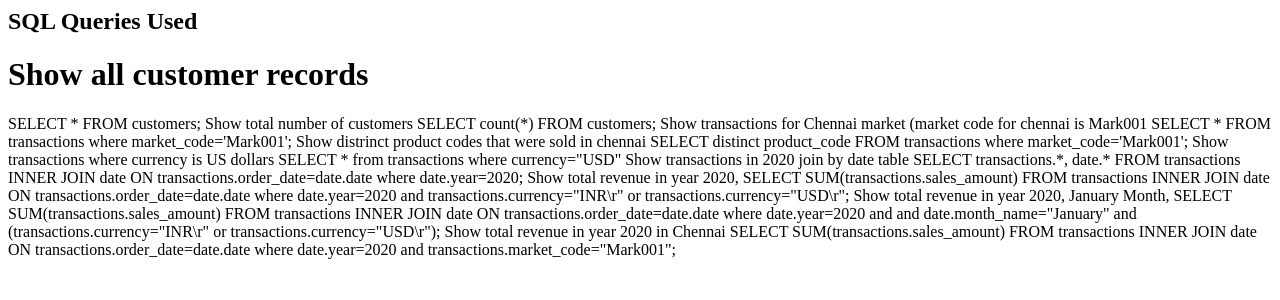
Repository: IslamInjila/new_portfolio
Page: images/salesInsight_bi.html
These files come from the project's save history. The page is drawn as it stood at one moment and after the next save; the edit follows.
The browser window is 1280 px wide. The pictures show the whole page.

Above is the page before, as saved 2021-06-02 15:37:56.

### images/salesInsight_bi.html
<html>

<body>

<h2>SQL Queries Used</h2>


<h1>Show all customer records</h1>

SELECT * FROM customers;

Show total number of customers

SELECT count(*) FROM customers;

Show transactions for Chennai market (market code for chennai is Mark001

SELECT * FROM transactions where market_code='Mark001';

Show distrinct product codes that were sold in chennai

SELECT distinct product_code FROM transactions where market_code='Mark001';

Show transactions where currency is US dollars

SELECT * from transactions where currency="USD"

Show transactions in 2020 join by date table

SELECT transactions.*, date.* FROM transactions INNER JOIN date ON transactions.order_date=date.date where date.year=2020;

Show total revenue in year 2020,

SELECT SUM(transactions.sales_amount) FROM transactions INNER JOIN date ON transactions.order_date=date.date where date.year=2020 and transactions.currency="INR\r" or transactions.currency="USD\r";

Show total revenue in year 2020, January Month,

SELECT SUM(transactions.sales_amount) FROM transactions INNER JOIN date ON transactions.order_date=date.date where date.year=2020 and and date.month_name="January" and (transactions.currency="INR\r" or transactions.currency="USD\r");

Show total revenue in year 2020 in Chennai

SELECT SUM(transactions.sales_amount) FROM transactions INNER JOIN date ON transactions.order_date=date.date where date.year=2020 and transactions.market_code="Mark001";
</body>








</html>

After the next save:
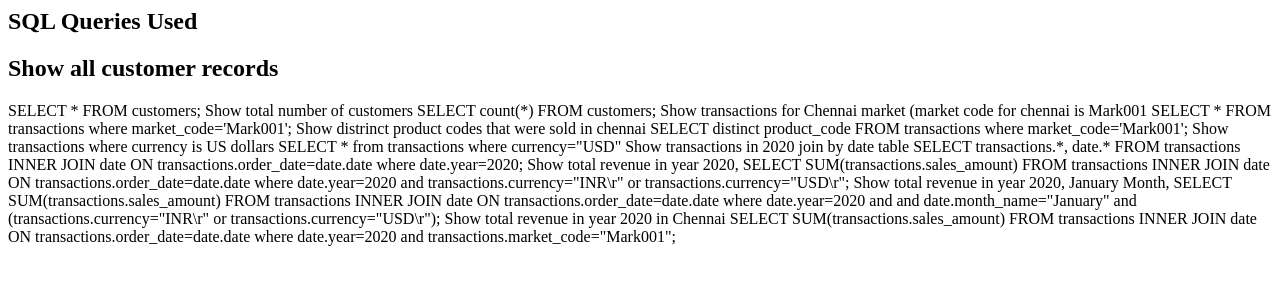
Saved 16 s later.
--- a/images/salesInsight_bi.html
+++ b/images/salesInsight_bi.html
@@ -5,7 +5,7 @@
 <h2>SQL Queries Used</h2>
 
 
-<h1>Show all customer records</h1>
+<h2>Show all customer records</h2>
 
 SELECT * FROM customers;
 
